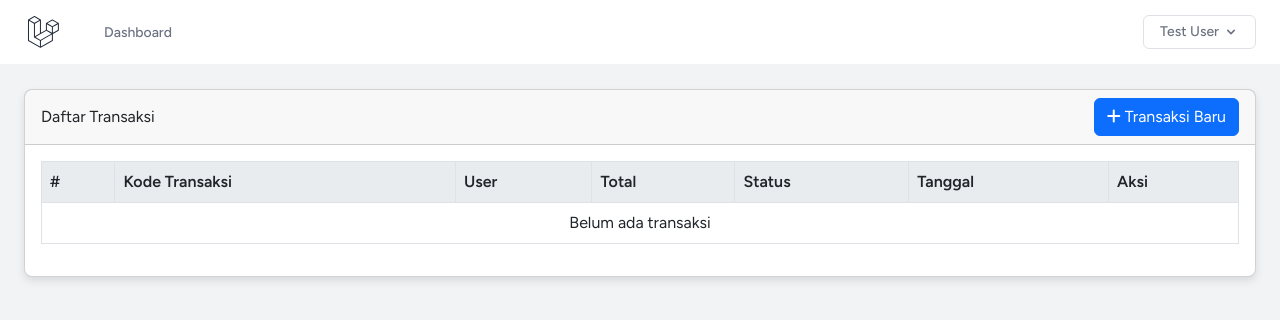
Repository: mufti-1448/kasir-app
Page: http://localhost/transaksis
These files come from the project's save history. The page is drawn as it stood at one moment and after a run of saves; the edit follows.
The browser window is 1280 px wide. The pictures show the whole page.
The page is served by the project's Laravel application, run on PHP 8.4 with Laravel 12. A made-up administrator, Test User (test@example.com), is signed in. Style sheets and scripts are compiled from the project's sources, by tool versions that may differ from the author's. Queries for data that is not in the repository find no rows.

Above is the page before, as saved 2025-09-02 23:39:24.

After the next 2 saves:
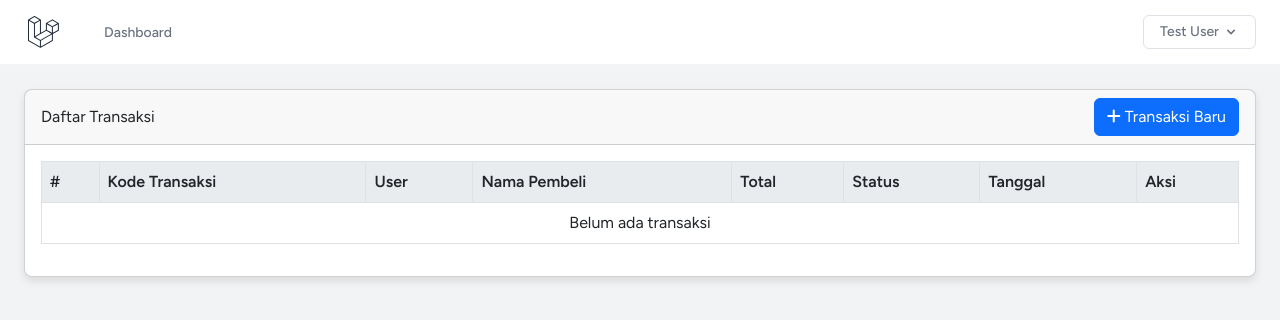
The 2 saves are shown as one change because they came seconds apart.
The last was saved 5 min 26 s later.
--- a/resources/views/transaksis/index.blade.php
+++ b/resources/views/transaksis/index.blade.php
@@ -3,65 +3,71 @@
 @section('title', 'Daftar Transaksi')
 
 @section('content')
-<div class="container-fluid">
-    <div class="row">
-        <div class="col-md-12">
-            <div class="card">
-                <div class="card-header d-flex justify-content-between align-items-center">
-                    <h5 class="mb-0">Daftar Transaksi</h5>
-                    <a href="{{ route('transaksis.create') }}" class="btn btn-primary">
-                        <i class="fas fa-plus"></i> Transaksi Baru
-                    </a>
-                </div>
-                <div class="card-body">
-                    <table class="table table-bordered table-hover">
-                        <thead>
-                            <tr>
-                                <th>#</th>
-                                <th>Kode Transaksi</th>
-                                <th>User</th>
-                                <th>Total</th>
-                                <th>Status</th>
-                                <th>Tanggal</th>
-                                <th>Aksi</th>
-                            </tr>
-                        </thead>
-                        <tbody>
-                            @forelse($transaksis as $trx)
-                            <tr>
-                                <td>{{ $loop->iteration + ($transaksis->currentPage() - 1) * $transaksis->perPage() }}</td>
-                                <td>{{ $trx->kode_transaksi }}</td>
-                                <td>{{ $trx->user->name }}</td>
-                                <td>Rp {{ number_format($trx->total,0,',','.') }}</td>
-                                <td>{{ ucfirst($trx->status) }}</td>
-                                <td>{{ $trx->created_at->format('d-m-Y H:i') }}</td>
-                                <td>
-                                    <a href="{{ route('transaksis.show', $trx) }}" class="btn btn-sm btn-info">
-                                        <i class="fas fa-eye"></i>
-                                    </a>
-                                    <form action="{{ route('transaksis.destroy', $trx) }}" method="POST" class="d-inline">
-                                        @csrf
-                                        @method('DELETE')
-                                        <button onclick="return confirm('Hapus transaksi ini?')" class="btn btn-sm btn-danger">
-                                            <i class="fas fa-trash"></i>
-                                        </button>
-                                    </form>
-                                </td>
-                            </tr>
-                            @empty
-                            <tr>
-                                <td colspan="7" class="text-center">Belum ada transaksi</td>
-                            </tr>
-                            @endforelse
-                        </tbody>
-                    </table>
+    <div class="container-fluid">
+        <div class="row">
+            <div class="col-md-12">
+                <div class="card">
+                    <div class="card-header d-flex justify-content-between align-items-center">
+                        <h5 class="mb-0">Daftar Transaksi</h5>
+                        <a href="{{ route('transaksis.create') }}" class="btn btn-primary">
+                            <i class="fas fa-plus"></i> Transaksi Baru
+                        </a>
+                    </div>
+                    <div class="card-body">
+                        <table class="table table-bordered table-hover">
+                            <thead>
+                                <tr>
+                                    <th>#</th>
+                                    <th>Kode Transaksi</th>
+                                    <th>User</th>
+                                    <th>Nama Pembeli</th> <!-- Kolom baru -->
+                                    <th>Total</th>
+                                    <th>Status</th>
+                                    <th>Tanggal</th>
+                                    <th>Aksi</th>
+                                </tr>
+                            </thead>
+                            <tbody>
+                                @forelse($transaksis as $trx)
+                                    <tr>
+                                        <td>{{ $loop->iteration + ($transaksis->currentPage() - 1) * $transaksis->perPage() }}
+                                        </td>
+                                        <td>{{ $trx->kode_transaksi }}</td>
+                                        <td>{{ $trx->user->name }}</td>
+                                        <td>{{ $trx->nama_pembeli ?? '-' }}</td> <!-- Tampilkan nama pembeli -->
+                                        <td>Rp {{ number_format($trx->total, 0, ',', '.') }}</td>
+                                        <td>{{ ucfirst($trx->status) }}</td>
+                                        <td>{{ $trx->created_at->format('d-m-Y H:i') }}</td>
+                                        <td>
+                                            <a href="{{ route('transaksis.show', $trx) }}" class="btn btn-sm btn-info">
+                                                <i class="fas fa-eye"></i>
+                                            </a>
+                                            <form action="{{ route('transaksis.destroy', $trx) }}" method="POST"
+                                                class="d-inline">
+                                                @csrf
+                                                @method('DELETE')
+                                                <button onclick="return confirm('Hapus transaksi ini?')"
+                                                    class="btn btn-sm btn-danger">
+                                                    <i class="fas fa-trash"></i>
+                                                </button>
+                                            </form>
+                                        </td>
+                                    </tr>
+                                @empty
+                                    <tr>
+                                        <td colspan="8" class="text-center">Belum ada transaksi</td>
+                                        <!-- colspan diperbarui -->
+                                    </tr>
+                                @endforelse
+                            </tbody>
+                        </table>
 
-                    <div class="d-flex justify-content-center">
-                        {{ $transaksis->links() }}
+                        <div class="d-flex justify-content-center">
+                            {{ $transaksis->links() }}
+                        </div>
                     </div>
                 </div>
             </div>
         </div>
     </div>
-</div>
 @endsection
